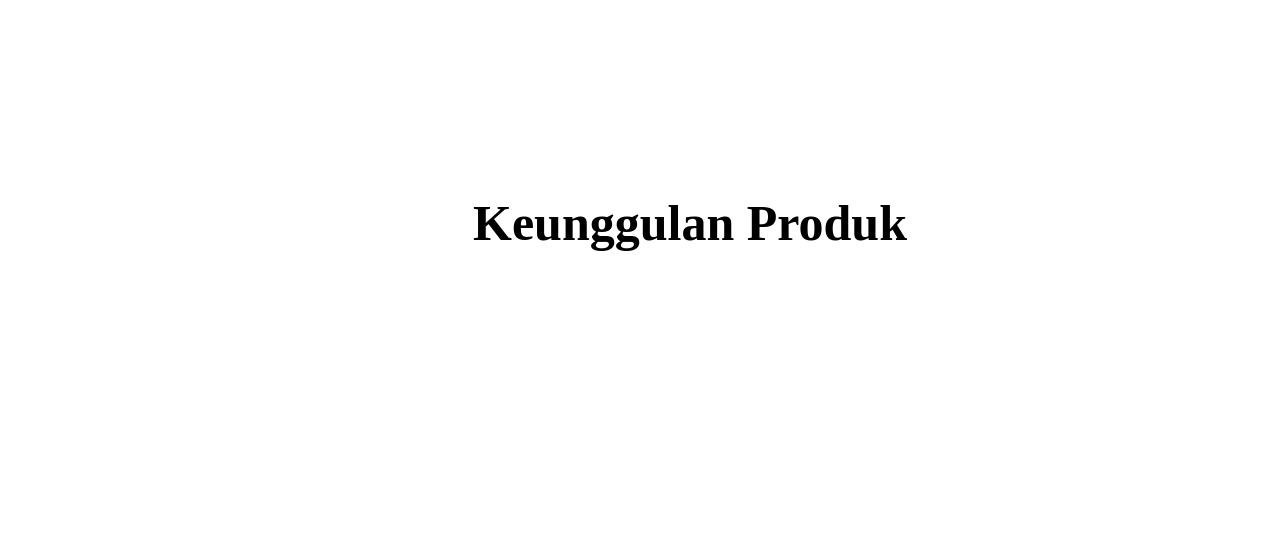
Repository: rizalardi34/project-mypertaplus
Page: pertamax.html
These files come from the project's save history. The page is drawn as it stood at one moment and after the next save; the edit follows.
The browser window is 1280 px wide. The pictures show the part of the page from y = 1380 to 1914 px (the page is 2595 px tall).
Pictures or frames that could not be fetched are drawn as grey boxes.

Above is the page before, as saved 2023-04-25 13:26:12.

### pertamax.html
<html>
    <head>
        <title>Management Karyawan</title>
        <style>
            .Menu:hover{
                transform: scale(110%);
            }
        </style>
    </head>
    <body style="margin: 0; padding: 0; height: 100%;">
        <div>
            <div>
                <nav style="width:100%; background-color: black; position: fixed; top:0; height: 70px; display: flex; justify-content:space-between;">
                    <div class="logo">
                        <img src="logo.png" style="padding-top: 0px; padding-left: 10px; width: 80px;" >
                    </div>
                    <ul style="display: flex; list-style-type: none; line-height: 35px;">
                        <li><a href="./home.html" style="text-decoration: none; color:white; padding: 0px 20px;">HOME</a></li>
                        <li><a href="./profile.html" style="text-decoration: none; color:white; padding: 0px 20px; ">BERITA</a></li>
                        <li><a href="./product.html" style="text-decoration: none; color:white; padding: 0px 20px; ">PRODUCT</a></li>
                        <li><a href="dataKaryawan.html" style="text-decoration: none; color:white; padding: 0px 20px; ">PROMO&EVENT</a></li>
                        <li><a href="#" style="text-decoration: none; color:white; padding: 0px 20px; ">LOWONGAN KERJA</a></li>
                    </ul>
                </nav>
            </div>
            <div style="background-image: url(Main.png); background-repeat: no-repeat; background-size: cover; height: 100%;width: 100%; display: flex; justify-content: center; align-items: center;">
                <div style=" height: 100%; width: 100%; display: flex; justify-content: start; align-items: center; padding-left: 100px;">
                    <div style="width: 40%;">
                        <h1 style=" font-size: 50px; ">Pertamax</h1>
                        <p style=" font-size: 30px; ">Pertamax merupakan BBM sehari-hari yang memberikan performa dengan perlindungan mesin terbaik.</p>
                    </div>
                </div>
            </div>
            <div style=" height: 100%; width: auto; gap: 50px; display: flex; justify-content: start; align-items: center; padding:50px;">
                <div style="width: 40%;">
                    <img src="https://mypertamina.id/uploads/data/6526a6d5767ed83a68dfbbe5f6ea73c0.jpg" alt="logo" height="500px" width="500px">
                </div>
                <div style="width: 60%;">
                    <h1 style=" font-size: 50px; ">Pertamax</h1>
                    <p style=" font-size: 20px; text-align: justify;">Pertamax adalah bahan bakar minyak produksi Pertamina yang memiliki angka oktan minimal 92. Angka oktan yang tinggi ini membuat pembakaran menjadi lebih sempurna dan tidak meninggalkan residu, sangat direkomendasikan buat kendaraan sehari-hari saat ini. Selain menghasilkan pembakaran yang sempurna, Pertamax juga memiliki kelebihan lainnya berkat formula PERTATEC (Pertamina Technology), formula zat aditif yang memiliki kemampuan untuk membersihkan endapan kotoran pada mesin sehingga mesin jadi lebih awet, menjaga mesin dari karat serta pemakaian bahan bakar yang lebih efisien.</p>
                </div>
            </div>
            <div style="display: flex; justify-content: center; align-items: center; padding-left: 100px;">
                <h1 style=" font-size: 50px; ">Keunggulan Produk</h1>
            </div>
            <div style="background-repeat: no-repeat; background-size: cover; height: 100%;width: 100%; display: flex; justify-content: center; align-items: center;">
                    <div style="margin-top: 10%; width: auto; height: auto; display: flex; justify-content: space-around; align-items: center;">
                        <div class="Menu">
                            <a style="color: black; text-decoration: none; cursor: pointer;" href="./pertamax.html">
                                <div style="width: 350px;height: 350px; border:  black; border-radius: 20px; box-shadow: 10px 10px 5px rgb(129, 129, 129); background-color: #faefda;">
                                    <div style=" text-align: center; ">
                                        <img style="width: 350px; height: 300px; border-top-right-radius: 20px" src="https://mypertamina.id/uploads/data/6526a6d5767ed83a68dfbbe5f6ea73c0.jpg" alt="">
                                    </div>
                                    <div style=" margin-top: 10px; display: flex; margin-left: 20px;">
                                        <p style="color: black;" class="fa-solid fa-location-dot">Pertamax</p>
                                    </div>
                                </div>
                            </a>
                        </div>
                        <div class="Menu">
                            <a style="color: black; text-decoration: none; cursor: pointer;" href="">
                                <div style="width: 350px;height: 350px; border:  black; border-radius: 20px; box-shadow: 10px 10px 5px rgb(129, 129, 129); background-color: #faefda;">
                                    <div style=" text-align: center; ">
                                        <img style="width: 350px; height: 300px; border-radius: 20px" src="https://mypertamina.id/uploads/data/6526a6d5767ed83a68dfbbe5f6ea73c0.jpg" alt="">
                                    </div>
                                    <div style=" margin-top: 10px; display: flex; margin-left: 20px;">
                                        <p style="color: black;" class="fa-solid fa-location-dot">Pertalite</p>
                                    </div>
                                </div>
                            </a>
                        </div>
                        <div class="Menu">
                            <a style="color: black; text-decoration: none; cursor: pointer;" href="">
                                <div style="width: 350px;height: 350px; border:  black; border-radius: 20px; box-shadow: 10px 10px 5px rgb(129, 129, 129); background-color: #faefda;">
                                    <div style=" text-align: center; ">
                                        <img style="width: 350px; height: 300px; border-top-left-radius: 20px" src="https://mypertamina.id/uploads/data/6526a6d5767ed83a68dfbbe5f6ea73c0.jpg" alt="">
                                    </div>
                                    <div style=" margin-top: 10px; display: flex; margin-left: 20px;">
                                        <p style="color: black;" class="fa-solid fa-location-dot">Pertamax Turbo</p>
                                    </div>
                                </div>
                            </a>
                        </div>
                    </div>
            </div>
            <div style="margin-top: 25vh;background-color: black;height: 30px;display: flex;justify-content: center;align-items: center;color: white;">
                <p>2023 © I'M PertaPlus</p>
            </div>
        </div>
    </body>
</html>

After the next save:
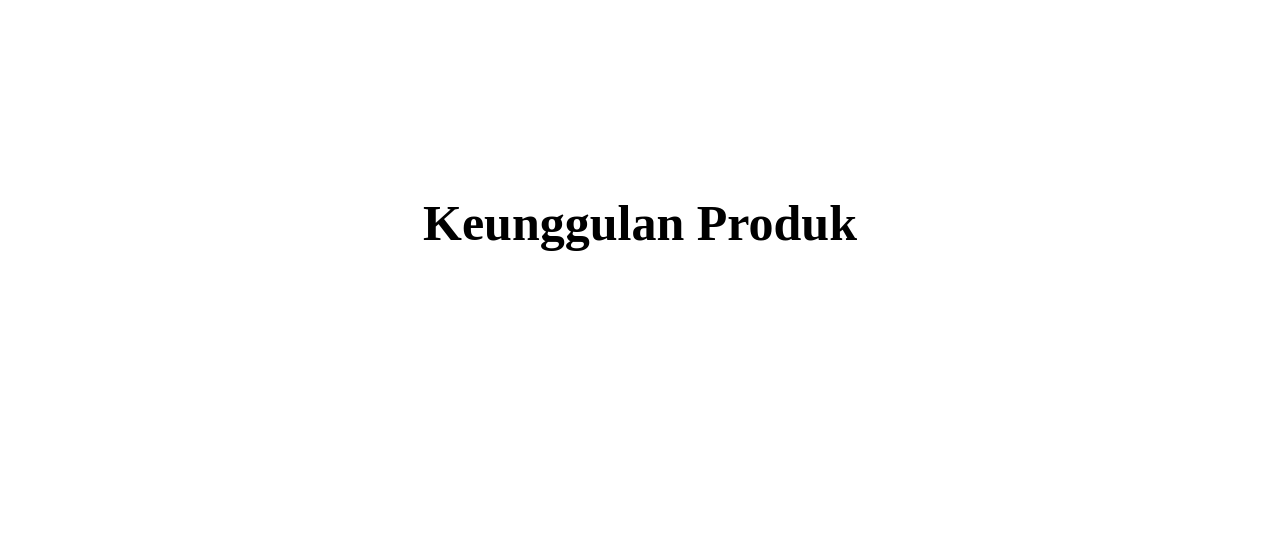
Saved 14 s later.
--- a/pertamax.html
+++ b/pertamax.html
@@ -40,7 +40,7 @@
                     <p style=" font-size: 20px; text-align: justify;">Pertamax adalah bahan bakar minyak produksi Pertamina yang memiliki angka oktan minimal 92. Angka oktan yang tinggi ini membuat pembakaran menjadi lebih sempurna dan tidak meninggalkan residu, sangat direkomendasikan buat kendaraan sehari-hari saat ini. Selain menghasilkan pembakaran yang sempurna, Pertamax juga memiliki kelebihan lainnya berkat formula PERTATEC (Pertamina Technology), formula zat aditif yang memiliki kemampuan untuk membersihkan endapan kotoran pada mesin sehingga mesin jadi lebih awet, menjaga mesin dari karat serta pemakaian bahan bakar yang lebih efisien.</p>
                 </div>
             </div>
-            <div style="display: flex; justify-content: center; align-items: center; padding-left: 100px;">
+            <div style="display: flex; justify-content: center; align-items: center;">
                 <h1 style=" font-size: 50px; ">Keunggulan Produk</h1>
             </div>
             <div style="background-repeat: no-repeat; background-size: cover; height: 100%;width: 100%; display: flex; justify-content: center; align-items: center;">
